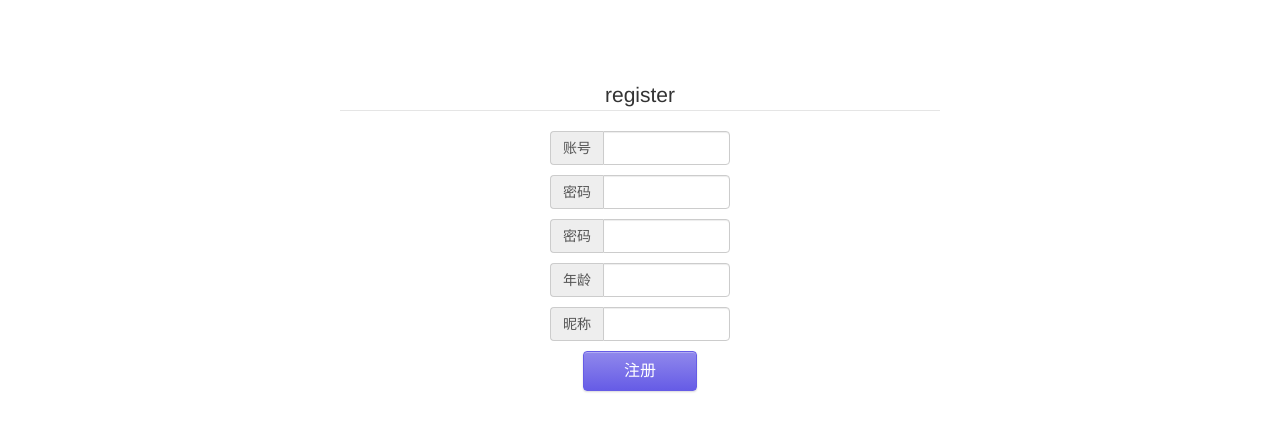
Repository: silzx/learning
Page: http://localhost/MyBatis/reg.jsp
These files come from the project's save history. The page is drawn as it stood at one moment and after the next save; the edit follows.
The browser window is 1280 px wide. The pictures show the whole page.
The page is served by Tomcat 9.

Above is the page before, as saved 2017-11-14 04:21:22.
Console error (its wording comes from the project's code and is left out).

After the next save:
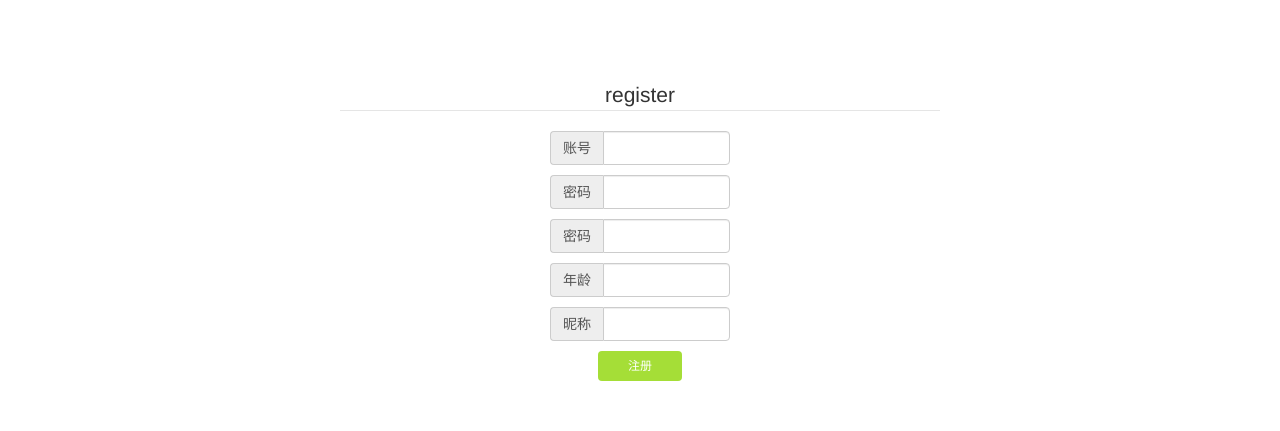
Saved 29 s later.
--- a/MyBatis/WebContent/reg.jsp
+++ b/MyBatis/WebContent/reg.jsp
@@ -47,7 +47,7 @@ String basePath = request.getScheme()+"://"+request.getServerName()+":"+request.
 					<span class="input-group-addon">昵称</span>
 					<input type="text" name="u.nickname" class="form-control" >
 				</div><p></p>
-				<input type="submit" class="button button-royal button-rounded button-raised" value="注册">
+				<input type="submit" class="button button-action  button-rounded button-small" value="注册">
 				</form>
 		</fieldset>
 	</center>
